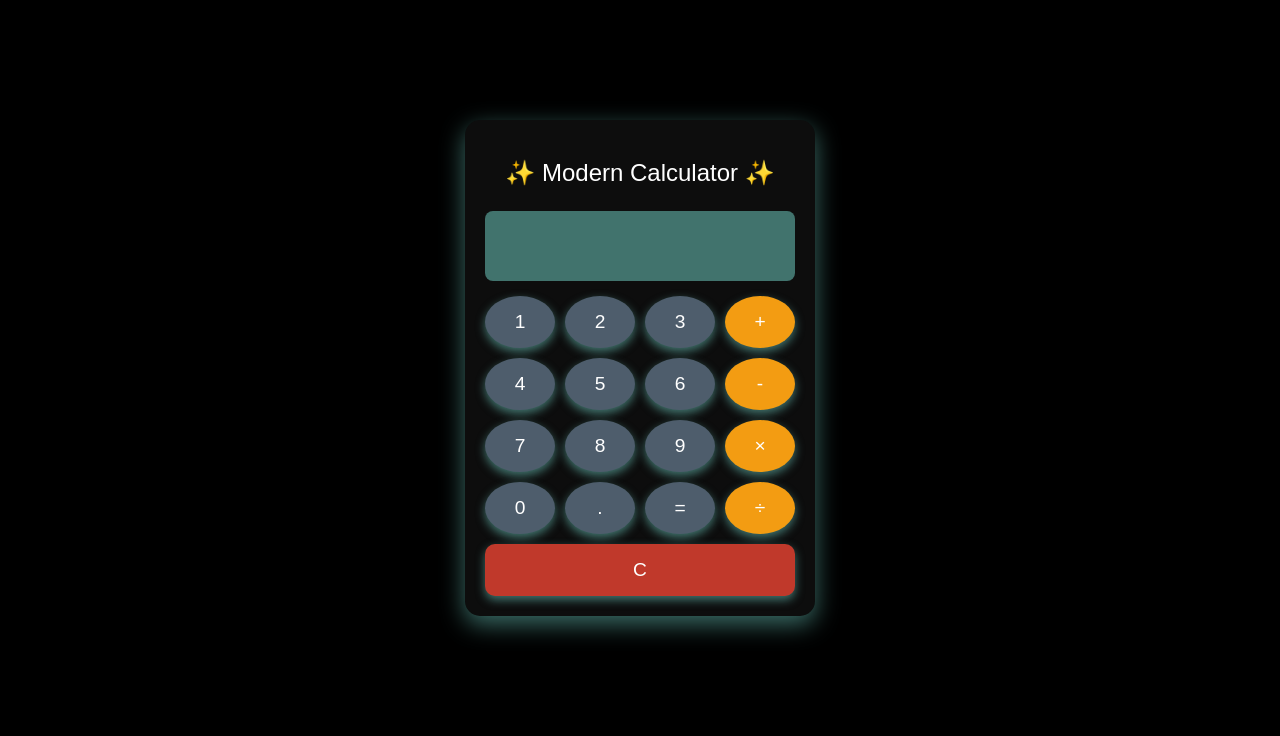
Repository: hawamubarakk/Calculator
Page: calculator.html
These files come from the project's save history. The page is drawn as it stood at one moment and after the next save; the edit follows.
The browser window is 1280 px wide. The pictures show the whole page.

Above is the page before, as saved 2025-08-15 21:52:47.

### calculator.html
<!DOCTYPE html>
<html lang="en">
<head>
  <meta charset="UTF-8">
  <meta name="viewport" content="width=device-width, initial-scale=1.0">
  <title>Modern Calculator</title>
  <link rel="stylesheet" href="style.css">
</head>
<body>
  <div class="calculator-container">
    <h2>✨ Modern Calculator ✨</h2>
    <p class="js-calculation"></p>

    <div class="buttons-grid">
      <button data-value="1">1</button>
      <button data-value="2">2</button>
      <button data-value="3">3</button>
      <button class="op" data-value="+">+</button>

      <button data-value="4">4</button>
      <button data-value="5">5</button>
      <button data-value="6">6</button>
      <button class="op" data-value="-">-</button>

      <button data-value="7">7</button>
      <button data-value="8">8</button>
      <button data-value="9">9</button>
      <button class="op" data-value="*">×</button>

      <button data-value="0">0</button>
      <button data-value=".">.</button>
      <button id="equals">=</button>
      <button class="op" data-value="/">÷</button>

      <button id="clear" class="clear-btn">C</button>
    </div>
  </div>

  <script src="script.js"></script>
</body>
</html>

### style.css
body {
  background-color: black;
  font-family: Arial, sans-serif;
  color: white;
  display: flex;
  justify-content: center;
  align-items: center;
  height: 100vh;
}

.calculator-container {
  background: rgba(255, 255, 255, 0.05);
  padding: 20px;
  border-radius: 15px;
  box-shadow: 0 8px 25px rgba(112, 207, 196, 0.527);
  text-align: center;
}

h2 {
  margin-bottom: 10px;
  font-weight: normal;
}

.js-calculation {
  background: rgba(112, 207, 196, 0.527);
  padding: 15px;
  border-radius: 8px;
  font-size: 1.5rem;
  margin-bottom: 15px;
  min-height: 40px;
  transition: all 0.3s ease-in-out;
}

.buttons-grid {
  display: grid;
  grid-template-columns: repeat(4, 70px);
  gap: 10px;
}

button {
  font-size: 1.2rem;
  padding: 15px;
  border: none;
  border-radius: 50%;
  background: #4e5d6c;
  color: white;
  cursor: pointer;
  transition: transform 0.15s ease, background 0.3s ease;
  box-shadow: 0 4px 10px rgba(112, 207, 196, 0.527);
}

button:hover {
  background: #5b8abc;
  transform: scale(1.1);
}

button:active {
  transform: scale(0.9);
}

.op {
  background: #f39c12;
}

.op:hover {
  background: #e67e22;
}

.clear-btn {
  grid-column: span 4;
  border-radius: 10px;
  background: #c0392b;
}

.clear-btn:hover {
  background: #e74c3c;
}

### script.js
let calculation = localStorage.getItem('calculation') || '';
displayCalculation();

function updateCalculation(value) {
  calculation += value;
  displayCalculation();
  localStorage.setItem('calculation', calculation);
}

function displayCalculation() {
  document.querySelector('.js-calculation').textContent = calculation;
}

function evaluateCalculation() {
  try {
    calculation = eval(calculation);
    displayCalculation();
    localStorage.setItem('calculation', calculation);
  } catch {
    calculation = "Error";
    displayCalculation();
  }
}

function clearCalculation() {
  calculation = '';
  displayCalculation();
  localStorage.setItem('calculation', calculation);
}

// Mouse Click Support
document.querySelectorAll('button[data-value]').forEach(btn => {
  btn.addEventListener('click', () => {
    updateCalculation(btn.getAttribute('data-value'));
  });
});

document.getElementById('equals').addEventListener('click', evaluateCalculation);
document.getElementById('clear').addEventListener('click', clearCalculation);

// Keyboard Support
document.addEventListener("keydown", function(event) {
  const key = event.key;

  if (!isNaN(key) || key === ".") updateCalculation(key);
  if (["+", "-", "*", "/"].includes(key)) updateCalculation(` ${key} `);
  if (key === "Enter") evaluateCalculation();
  if (key === "Backspace") {
    calculation = calculation.slice(0, -1);
    displayCalculation();
  }
  if (key === "Escape") clearCalculation();
});

After the next save:
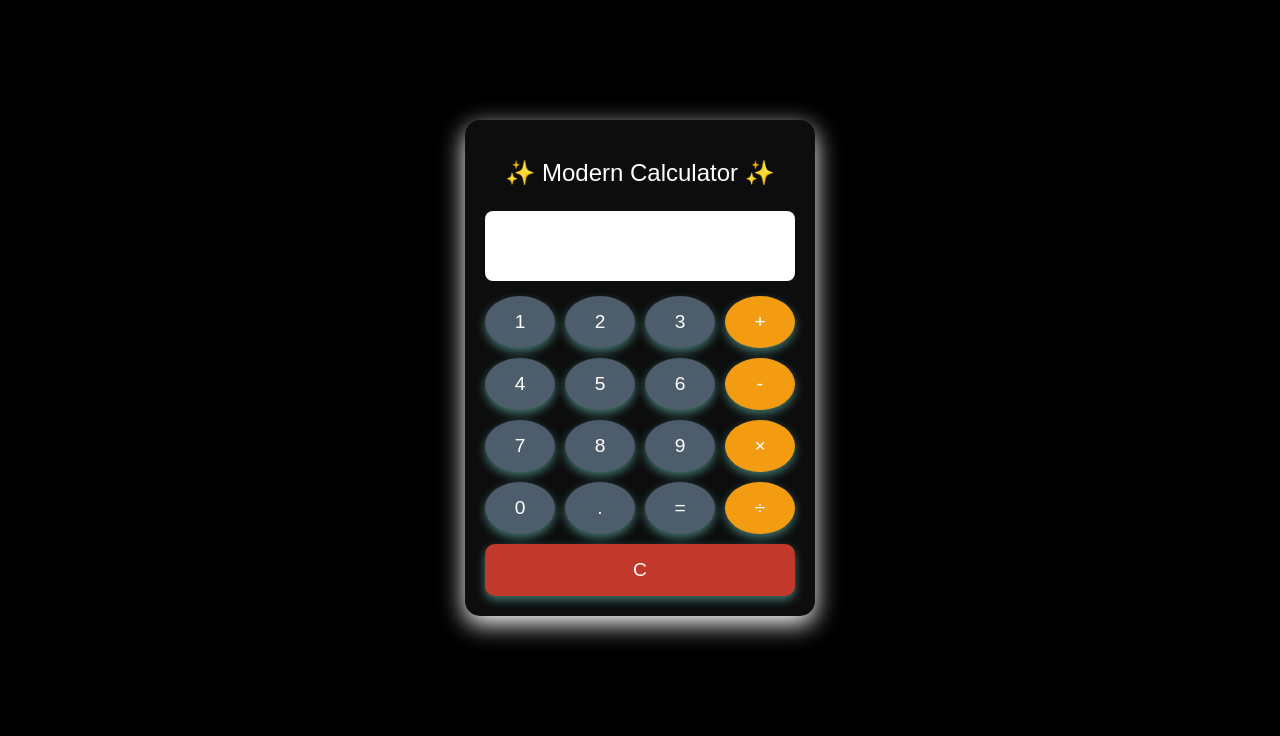
Saved 57 s later.
--- a/style.css
+++ b/style.css
@@ -12,7 +12,7 @@ body {
   background: rgba(255, 255, 255, 0.05);
   padding: 20px;
   border-radius: 15px;
-  box-shadow: 0 8px 25px rgba(112, 207, 196, 0.527);
+  box-shadow: 0 8px 25px white;
   text-align: center;
 }
 
@@ -22,7 +22,7 @@ h2 {
 }
 
 .js-calculation {
-  background: rgba(112, 207, 196, 0.527);
+  background: white;
   padding: 15px;
   border-radius: 8px;
   font-size: 1.5rem;
